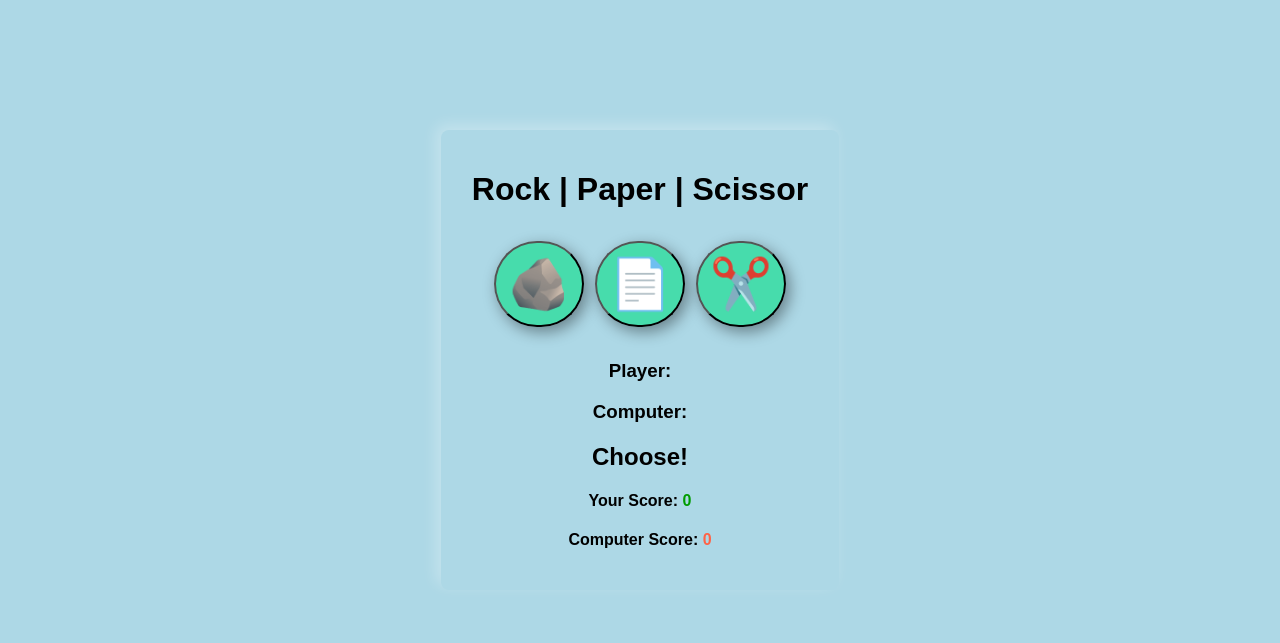
Repository: SakthivelDurai47/Rock-Paper-Sissors
Page: index.html
An editor plug-in stored every save of this project. The page is shown before and after the next save, followed by the edit.
The browser window is 1280 px wide. The pictures show the whole page.

Above is the page before, as saved 2025-04-14 23:22:14.

### index.html
<!DOCTYPE html>
<html lang="en">
  <head>
    <meta charset="UTF-8" />
    <meta name="viewport" content="width=device-width, initial-scale=1.0" />
    <title>Rock, Paper, Scissor</title>
    <meta name="aurthor" content="Sakthivel Durai S" />
    <link rel="stylesheet" href="styles.css" />
  </head>
  <body>
    <main>
      <h1>Rock | Paper | Scissor</h1>
      <div id="choice">
        <button onclick="playGame('Rock')">🪨</button>
        <button onclick="playGame('Paper')">📄</button>
        <button onclick="playGame('Scissor')">✂️</button>
      </div>
      <div id="info">
        <h3 id="playerInfo">Player:</h3>
        <h3 id="computerInfo">Computer:</h3>
      </div>
      <h2 id="result">Choose!</h2>
      <div id="scores">
        <h4>Your Score: <span id="scorePlr">0</span></h4>
        <h4>Computer Score: <span id="scoreCum">0</span></h4>
      </div>
    </main>
    <script src="index.js"></script>
  </body>
</html>

### styles.css
body {
  margin: 0;
  font-family: Arial, sans-serif;
  display: flex;
  flex-direction: column;
  align-items: center;
  text-align: center;
  background-color: lightblue;
  height: 100vh;
}
#choice {
  margin: 30px;
}
button {
  border-radius: 300px;
  font-size: 50px;
  padding: 12px;
  margin: 3px;
  background-color: hsla(160, 70%, 55%, 0.9);
  box-shadow: 4px 5px 15px rgba(0, 3, 3, 0.4);
  transition: background-color 0.5s ease;
  cursor: pointer;
}
button:hover {
  background-color: turquoise;
  scale: 110%;
}

#scorePlr {
  color: rgb(0, 156, 0);
}

#scoreCum {
  color: tomato;
}
.greenText {
  color: rgb(0, 156, 0);
}
.redText {
  color: tomato;
}
main {
  margin: auto;
  padding: 20px;
  border-radius: 8px;
  box-shadow: 5px 5px 15px rgba(0, 0, 0, 0.477);
  box-shadow: -5px -5px 15px rgba(255, 255, 255, 0.29);
}

### index.js
const choices = ["Rock", "Paper", "Scissor"];
const playerInfo = document.getElementById("playerInfo");
const computerInfo = document.getElementById("computerInfo");
const result = document.getElementById("result");
const scoreCom = document.getElementById("scoreCum");
const scorePlr = document.getElementById("scorePlr");
let playerScore = 0;
let computerScore = 0;

function playGame(playerChoice) {
  const computerChoice = choices[Math.floor(Math.random() * 3)];
  let results = "";
  console.log(computerChoice);

  if (playerChoice === computerChoice) {
    results = "It's a Tie";
  } else {
    switch (playerChoice) {
      case "Rock":
        results = computerChoice === "Scissor" ? "You Win!" : "You Lose!";
        break;
      case "Paper":
        results = computerChoice === "Rock" ? "You Win!" : "You Lose!";
        break;
      case "Scissor":
        results = computerChoice === "Paper" ? "You Win!" : "You Lose!";
        break;
    }
  }
  result.classList.remove("greenText", "redText");
  playerInfo.textContent = `Player: ${playerChoice}`;
  computerInfo.textContent = `Computer: ${computerChoice}`;
  result.textContent = results;

  if (results === "You Win!") {
    playerScore++;
    result.classList.add("greenText");
  } else if (results === "You Lose!") {
    computerScore++;
    result.classList.add("redText");
  }
  scoreCom.innerText = computerScore;
  scorePlr.innerText = playerScore;
}

After the next save:
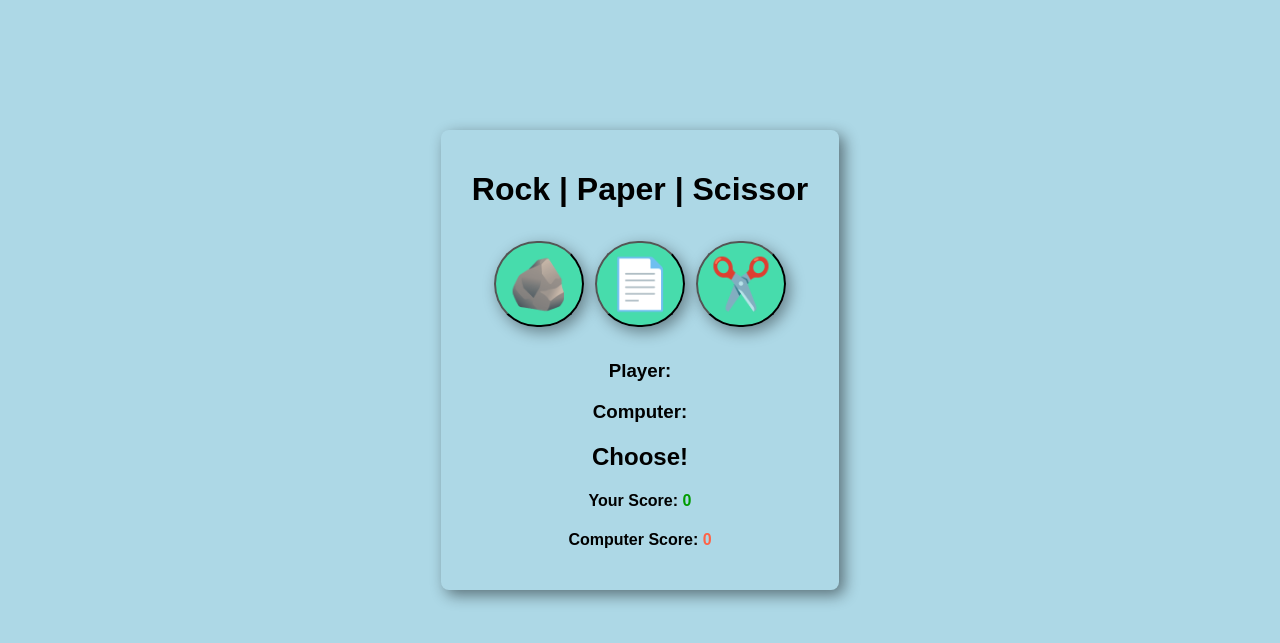
Saved 14 s later.
--- a/styles.css
+++ b/styles.css
@@ -44,5 +44,4 @@ main {
   padding: 20px;
   border-radius: 8px;
   box-shadow: 5px 5px 15px rgba(0, 0, 0, 0.477);
-  box-shadow: -5px -5px 15px rgba(255, 255, 255, 0.29);
 }
